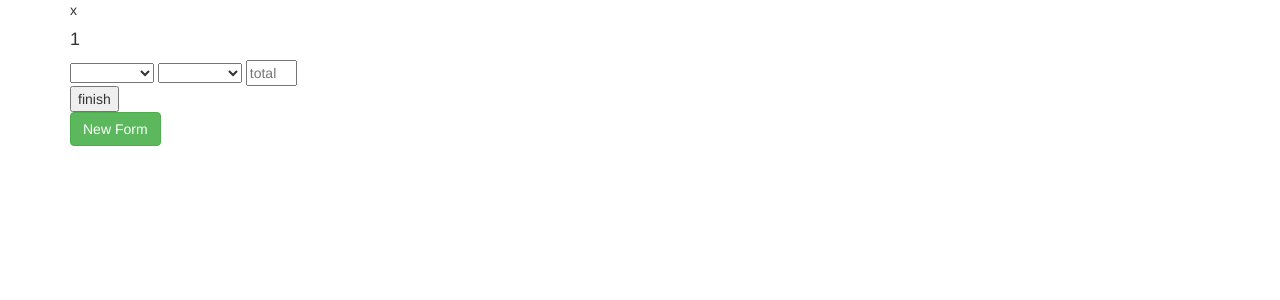
Repository: RezaEftekharzadeh/frey
Page: http://localhost/SilencerStoreProject/frontend/shopForCustomers.jsp
These files come from the project's save history. The page is drawn as it stood at one moment and after the next save; the edit follows.
The browser window is 1280 px wide. The pictures show the whole page.
Some web libraries are served in a nearby version. The page is served by Tomcat 9. Nobody is signed in. The application's start-up code is not run.

Above is the page before, as saved 2020-08-06 16:17:18.

After the next save:
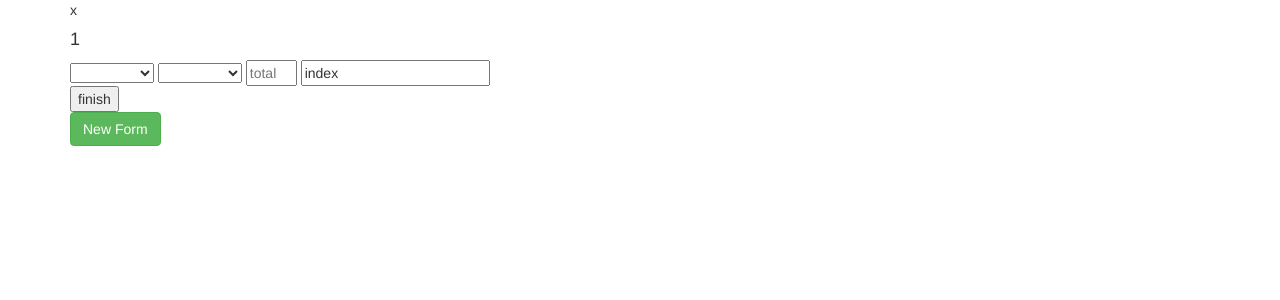
Saved 12 min 24 s later.
--- a/SilencerStoreProject/WebContent/frontend/shopForCustomers.jsp
+++ b/SilencerStoreProject/WebContent/frontend/shopForCustomers.jsp
@@ -44,6 +44,8 @@
 					</select>
 
 					<input type="text" placeholder="total" size = "3" v-model="silencer.total">
+
+					<input type="text" value=index name="index">
 
 				</div>
 			</div>
